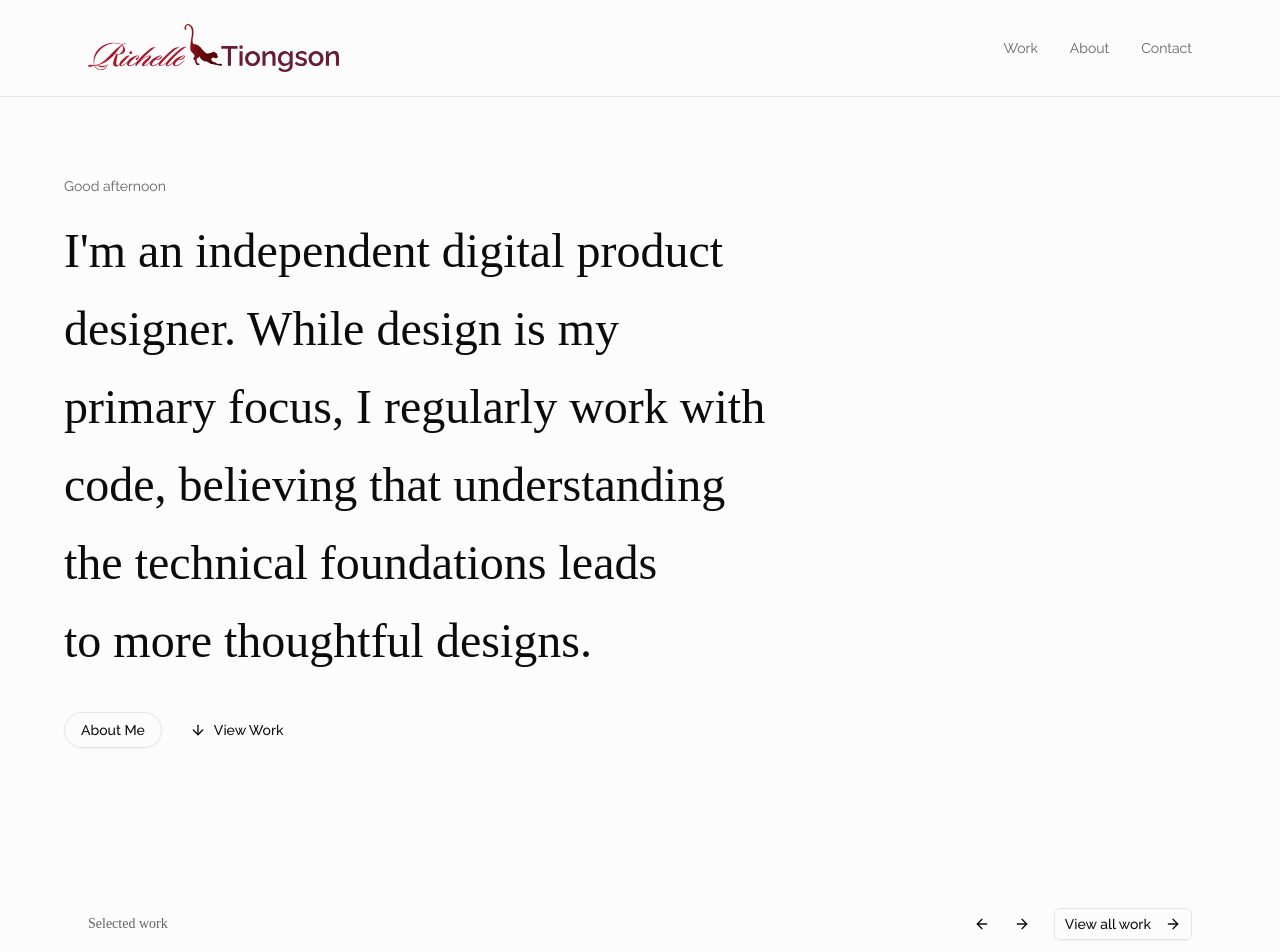
Repository: richelletiongson/portfolio
Page: /
These files come from the project's save history. The page is drawn as it stood at one moment and after the next save; the edit follows.
The browser window is 1280 px wide. The pictures show the part of the page from y = 0 to 952 px (the page is 3262 px tall).
Some web fonts or font styles are not loaded; a fallback is used. The project was rebuilt for these pictures with package versions that can differ from the ones it lists, and the page was loaded fresh each time. The framework's server and built-in components were replaced by stand-ins that run in the browser. Also part of the build but not shown: next.config.ts.

Above is the page before, as saved 2026-02-02 18:37:37.

After the next save:
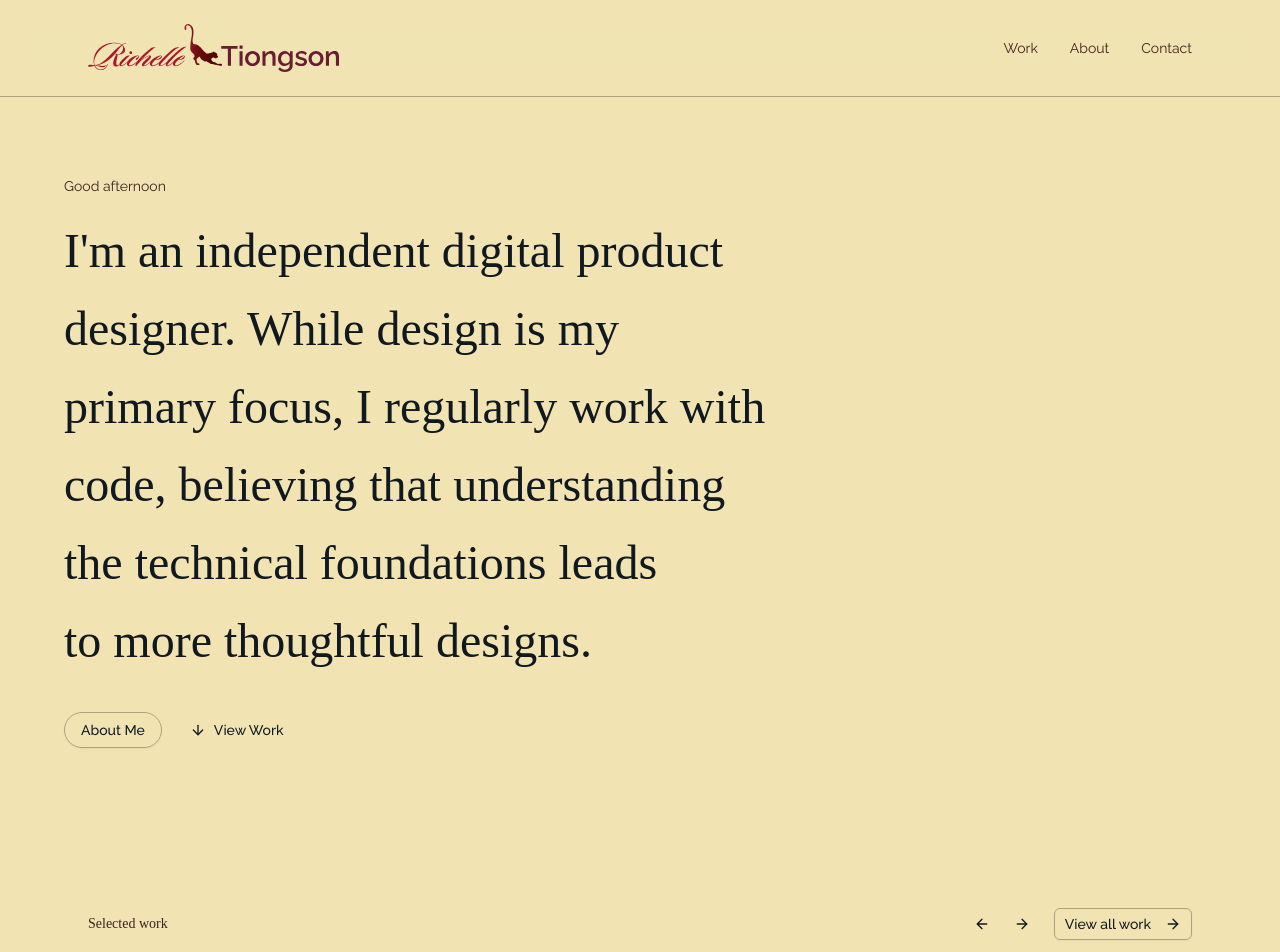
Saved 2 min 4 s later.
--- a/app/globals.css
+++ b/app/globals.css
@@ -3,75 +3,83 @@
 
 @custom-variant dark (&:is(.dark *));
 
+/* Palette: Pantone 4975 C, 7499 C, 187 C, 7510 C, 7421 C, Black 6 C */
 :root {
-  --background: oklch(0.99 0 0);
-  --foreground: oklch(0.15 0 0);
-  --card: oklch(1 0 0);
-  --card-foreground: oklch(0.15 0 0);
-  --popover: oklch(1 0 0);
-  --popover-foreground: oklch(0.15 0 0);
-  --primary: oklch(0.15 0 0);
-  --primary-foreground: oklch(0.99 0 0);
-  --secondary: oklch(0.96 0 0);
-  --secondary-foreground: oklch(0.15 0 0);
-  --muted: oklch(0.96 0.005 250);
-  --muted-foreground: oklch(0.5 0 0);
-  --accent: oklch(0.96 0 0);
-  --accent-foreground: oklch(0.15 0 0);
-  --destructive: oklch(0.577 0.245 27.325);
-  --destructive-foreground: oklch(0.577 0.245 27.325);
-  --border: oklch(0.92 0 0);
-  --input: oklch(0.92 0 0);
-  --ring: oklch(0.15 0 0);
-  --chart-1: oklch(0.646 0.222 41.116);
-  --chart-2: oklch(0.6 0.118 184.704);
-  --chart-3: oklch(0.398 0.07 227.392);
-  --chart-4: oklch(0.828 0.189 84.429);
-  --chart-5: oklch(0.769 0.188 70.08);
+  --color-dark-brown: #402020;
+  --color-cream: #f1e4b2;
+  --color-red: #aa182c;
+  --color-ochre: #c7893e;
+  --color-wine: #691c32;
+  --color-navy: #101820;
+
+  --background: var(--color-cream);
+  --foreground: var(--color-navy);
+  --card: var(--color-cream);
+  --card-foreground: var(--color-navy);
+  --popover: var(--color-cream);
+  --popover-foreground: var(--color-navy);
+  --primary: var(--color-red);
+  --primary-foreground: var(--color-cream);
+  --secondary: var(--color-ochre);
+  --secondary-foreground: var(--color-navy);
+  --muted: color-mix(in srgb, var(--color-ochre) 25%, var(--color-cream));
+  --muted-foreground: var(--color-dark-brown);
+  --accent: var(--color-ochre);
+  --accent-foreground: var(--color-navy);
+  --destructive: var(--color-red);
+  --destructive-foreground: var(--color-cream);
+  --border: color-mix(in srgb, var(--color-dark-brown) 35%, var(--color-cream));
+  --input: color-mix(in srgb, var(--color-dark-brown) 25%, var(--color-cream));
+  --ring: var(--color-red);
+  --chart-1: var(--color-red);
+  --chart-2: var(--color-ochre);
+  --chart-3: var(--color-wine);
+  --chart-4: var(--color-dark-brown);
+  --chart-5: var(--color-navy);
   --radius: 0.5rem;
-  --sidebar: oklch(0.985 0 0);
-  --sidebar-foreground: oklch(0.145 0 0);
-  --sidebar-primary: oklch(0.205 0 0);
-  --sidebar-primary-foreground: oklch(0.985 0 0);
-  --sidebar-accent: oklch(0.97 0 0);
-  --sidebar-accent-foreground: oklch(0.205 0 0);
-  --sidebar-border: oklch(0.922 0 0);
-  --sidebar-ring: oklch(0.708 0 0);
+  --sidebar: var(--color-cream);
+  --sidebar-foreground: var(--color-navy);
+  --sidebar-primary: var(--color-red);
+  --sidebar-primary-foreground: var(--color-cream);
+  --sidebar-accent: var(--color-ochre);
+  --sidebar-accent-foreground: var(--color-navy);
+  --sidebar-border: color-mix(in srgb, var(--color-dark-brown) 35%, var(--color-cream));
+  --sidebar-ring: var(--color-red);
 }
 
 .dark {
-  --background: oklch(0.145 0 0);
-  --foreground: oklch(0.985 0 0);
-  --card: oklch(0.145 0 0);
-  --card-foreground: oklch(0.985 0 0);
-  --popover: oklch(0.145 0 0);
-  --popover-foreground: oklch(0.985 0 0);
-  --primary: oklch(0.985 0 0);
-  --primary-foreground: oklch(0.205 0 0);
-  --secondary: oklch(0.269 0 0);
-  --secondary-foreground: oklch(0.985 0 0);
-  --muted: oklch(0.269 0 0);
-  --muted-foreground: oklch(0.708 0 0);
-  --accent: oklch(0.269 0 0);
-  --accent-foreground: oklch(0.985 0 0);
-  --destructive: oklch(0.396 0.141 25.723);
-  --destructive-foreground: oklch(0.637 0.237 25.331);
-  --border: oklch(0.269 0 0);
-  --input: oklch(0.269 0 0);
-  --ring: oklch(0.439 0 0);
-  --chart-1: oklch(0.488 0.243 264.376);
-  --chart-2: oklch(0.696 0.17 162.48);
-  --chart-3: oklch(0.769 0.188 70.08);
-  --chart-4: oklch(0.627 0.265 303.9);
-  --chart-5: oklch(0.645 0.246 16.439);
-  --sidebar: oklch(0.205 0 0);
-  --sidebar-foreground: oklch(0.985 0 0);
-  --sidebar-primary: oklch(0.488 0.243 264.376);
-  --sidebar-primary-foreground: oklch(0.985 0 0);
-  --sidebar-accent: oklch(0.269 0 0);
-  --sidebar-accent-foreground: oklch(0.985 0 0);
-  --sidebar-border: oklch(0.269 0 0);
-  --sidebar-ring: oklch(0.439 0 0);
+  --background: var(--color-navy);
+  --foreground: var(--color-cream);
+  --card: var(--color-navy);
+  --card-foreground: var(--color-cream);
+  --popover: var(--color-navy);
+  --popover-foreground: var(--color-cream);
+  --primary: var(--color-red);
+  --primary-foreground: var(--color-cream);
+  --secondary: var(--color-wine);
+  --secondary-foreground: var(--color-cream);
+  --muted: var(--color-dark-brown);
+  --muted-foreground: var(--color-cream);
+  --accent: var(--color-ochre);
+  --accent-foreground: var(--color-navy);
+  --destructive: var(--color-red);
+  --destructive-foreground: var(--color-cream);
+  --border: color-mix(in srgb, var(--color-wine) 60%, var(--color-navy));
+  --input: var(--color-dark-brown);
+  --ring: var(--color-red);
+  --chart-1: var(--color-red);
+  --chart-2: var(--color-ochre);
+  --chart-3: var(--color-wine);
+  --chart-4: var(--color-cream);
+  --chart-5: var(--color-ochre);
+  --sidebar: var(--color-dark-brown);
+  --sidebar-foreground: var(--color-cream);
+  --sidebar-primary: var(--color-red);
+  --sidebar-primary-foreground: var(--color-cream);
+  --sidebar-accent: var(--color-ochre);
+  --sidebar-accent-foreground: var(--color-navy);
+  --sidebar-border: var(--color-wine);
+  --sidebar-ring: var(--color-red);
 }
 
 @theme inline {

After the save that followed:
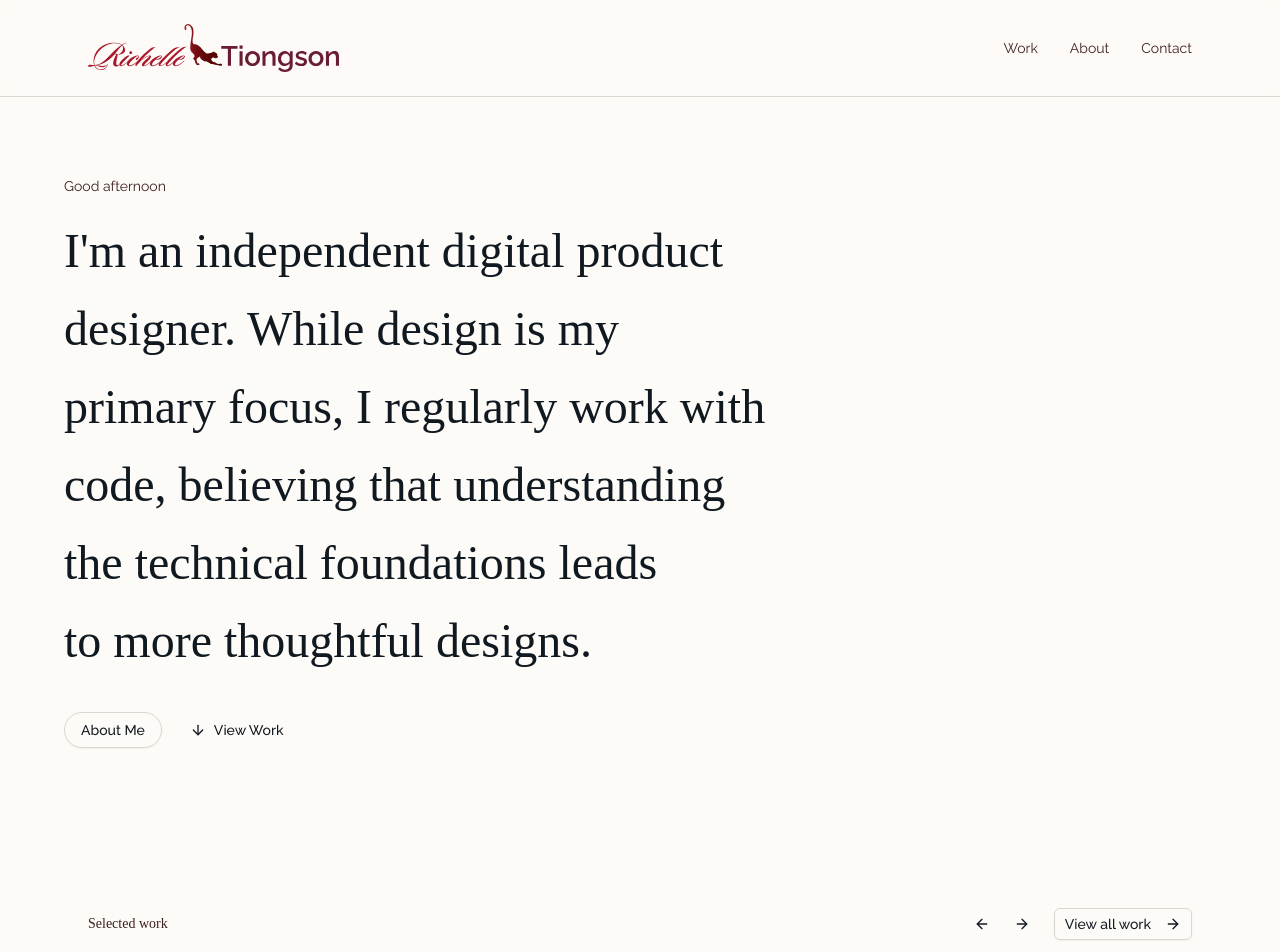
Saved 79 s later.
--- a/app/globals.css
+++ b/app/globals.css
@@ -5,6 +5,7 @@
 
 /* Palette: Pantone 4975 C, 7499 C, 187 C, 7510 C, 7421 C, Black 6 C */
 :root {
+  /* Base */
   --color-dark-brown: #402020;
   --color-cream: #f1e4b2;
   --color-red: #aa182c;
@@ -12,24 +13,41 @@
   --color-wine: #691c32;
   --color-navy: #101820;
 
-  --background: var(--color-cream);
+  /* Lighter variants */
+  --color-dark-brown-lighter: #5c3535;
+  --color-cream-lighter: #faf6e8;
+  --color-cream-lightest: #fdfbf7;
+  --color-red-lighter: #c91f38;
+  --color-ochre-lighter: #d9a55f;
+  --color-wine-lighter: #8b2542;
+  --color-navy-lighter: #1e2a38;
+
+  /* Darker variants */
+  --color-dark-brown-darker: #2d1717;
+  --color-cream-darker: #e5d89a;
+  --color-red-darker: #8a1323;
+  --color-ochre-darker: #a06d2e;
+  --color-wine-darker: #4d1525;
+  --color-navy-darker: #0a0f14;
+
+  --background: var(--color-cream-lightest);
   --foreground: var(--color-navy);
-  --card: var(--color-cream);
+  --card: var(--color-cream-lightest);
   --card-foreground: var(--color-navy);
-  --popover: var(--color-cream);
+  --popover: var(--color-cream-lightest);
   --popover-foreground: var(--color-navy);
   --primary: var(--color-red);
-  --primary-foreground: var(--color-cream);
+  --primary-foreground: var(--color-cream-lightest);
   --secondary: var(--color-ochre);
   --secondary-foreground: var(--color-navy);
-  --muted: color-mix(in srgb, var(--color-ochre) 25%, var(--color-cream));
+  --muted: var(--color-cream-lighter);
   --muted-foreground: var(--color-dark-brown);
   --accent: var(--color-ochre);
   --accent-foreground: var(--color-navy);
   --destructive: var(--color-red);
-  --destructive-foreground: var(--color-cream);
-  --border: color-mix(in srgb, var(--color-dark-brown) 35%, var(--color-cream));
-  --input: color-mix(in srgb, var(--color-dark-brown) 25%, var(--color-cream));
+  --destructive-foreground: var(--color-cream-lightest);
+  --border: color-mix(in srgb, var(--color-dark-brown) 18%, var(--color-cream-lightest));
+  --input: color-mix(in srgb, var(--color-ochre) 15%, var(--color-cream-lightest));
   --ring: var(--color-red);
   --chart-1: var(--color-red);
   --chart-2: var(--color-ochre);
@@ -37,45 +55,45 @@
   --chart-4: var(--color-dark-brown);
   --chart-5: var(--color-navy);
   --radius: 0.5rem;
-  --sidebar: var(--color-cream);
+  --sidebar: var(--color-cream-lightest);
   --sidebar-foreground: var(--color-navy);
   --sidebar-primary: var(--color-red);
-  --sidebar-primary-foreground: var(--color-cream);
+  --sidebar-primary-foreground: var(--color-cream-lightest);
   --sidebar-accent: var(--color-ochre);
   --sidebar-accent-foreground: var(--color-navy);
-  --sidebar-border: color-mix(in srgb, var(--color-dark-brown) 35%, var(--color-cream));
+  --sidebar-border: color-mix(in srgb, var(--color-dark-brown) 18%, var(--color-cream-lightest));
   --sidebar-ring: var(--color-red);
 }
 
 .dark {
   --background: var(--color-navy);
   --foreground: var(--color-cream);
-  --card: var(--color-navy);
+  --card: var(--color-navy-darker);
   --card-foreground: var(--color-cream);
   --popover: var(--color-navy);
   --popover-foreground: var(--color-cream);
   --primary: var(--color-red);
-  --primary-foreground: var(--color-cream);
+  --primary-foreground: var(--color-cream-lightest);
   --secondary: var(--color-wine);
   --secondary-foreground: var(--color-cream);
-  --muted: var(--color-dark-brown);
-  --muted-foreground: var(--color-cream);
+  --muted: var(--color-navy-lighter);
+  --muted-foreground: var(--color-cream-darker);
   --accent: var(--color-ochre);
   --accent-foreground: var(--color-navy);
   --destructive: var(--color-red);
-  --destructive-foreground: var(--color-cream);
-  --border: color-mix(in srgb, var(--color-wine) 60%, var(--color-navy));
-  --input: var(--color-dark-brown);
+  --destructive-foreground: var(--color-cream-lightest);
+  --border: var(--color-wine-darker);
+  --input: var(--color-navy-lighter);
   --ring: var(--color-red);
   --chart-1: var(--color-red);
   --chart-2: var(--color-ochre);
   --chart-3: var(--color-wine);
   --chart-4: var(--color-cream);
   --chart-5: var(--color-ochre);
-  --sidebar: var(--color-dark-brown);
+  --sidebar: var(--color-dark-brown-darker);
   --sidebar-foreground: var(--color-cream);
   --sidebar-primary: var(--color-red);
-  --sidebar-primary-foreground: var(--color-cream);
+  --sidebar-primary-foreground: var(--color-cream-lightest);
   --sidebar-accent: var(--color-ochre);
   --sidebar-accent-foreground: var(--color-navy);
   --sidebar-border: var(--color-wine);
